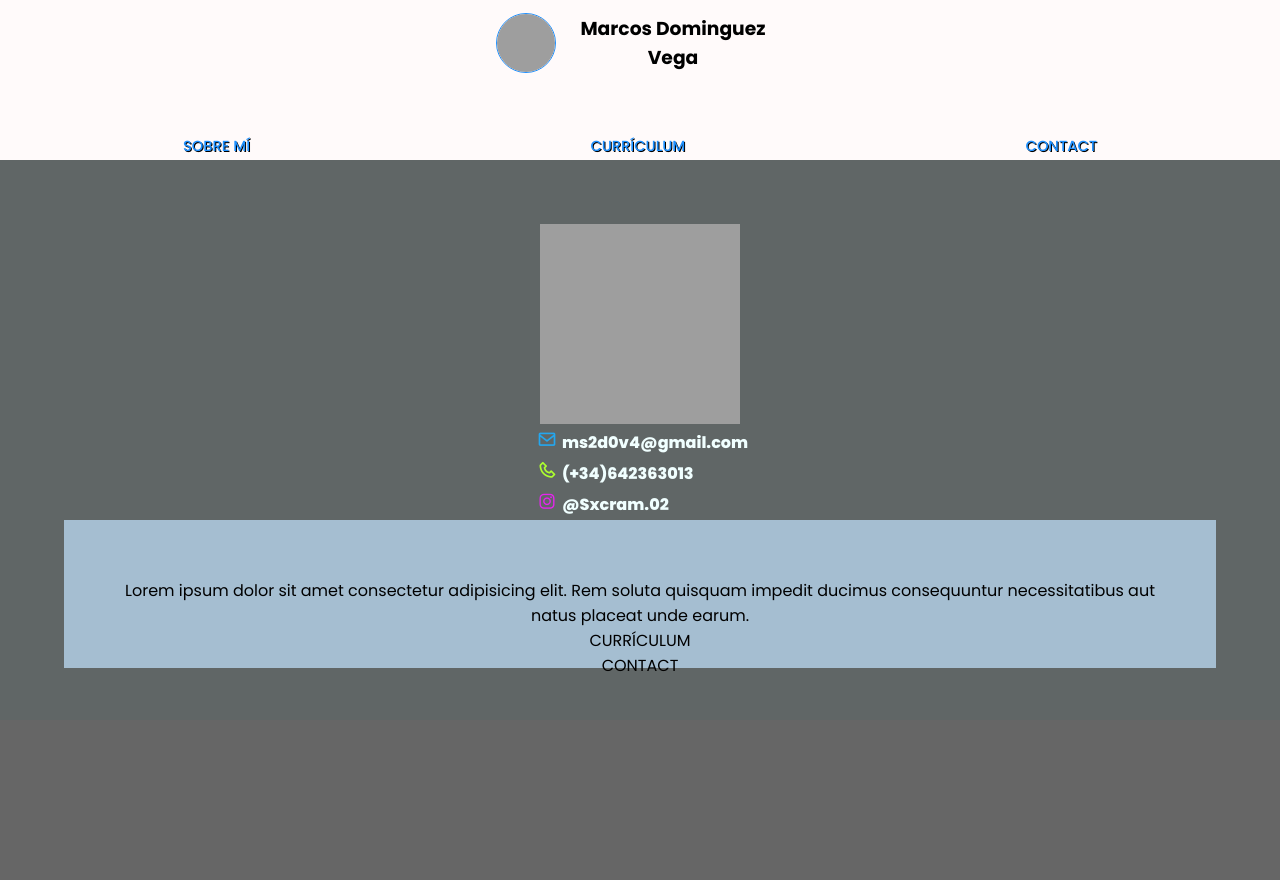
Repository: Sxcram02/Portfoliov.2
Page: index.html
These files come from the project's save history. The page is drawn as it stood at one moment and after a run of saves; the edit follows.
The browser window is 1280 px wide. The pictures show the whole page.
Pictures or frames that could not be fetched are drawn as grey boxes.

Above is the page before, as saved 2023-04-11 00:30:32.

After the next 2 saves:
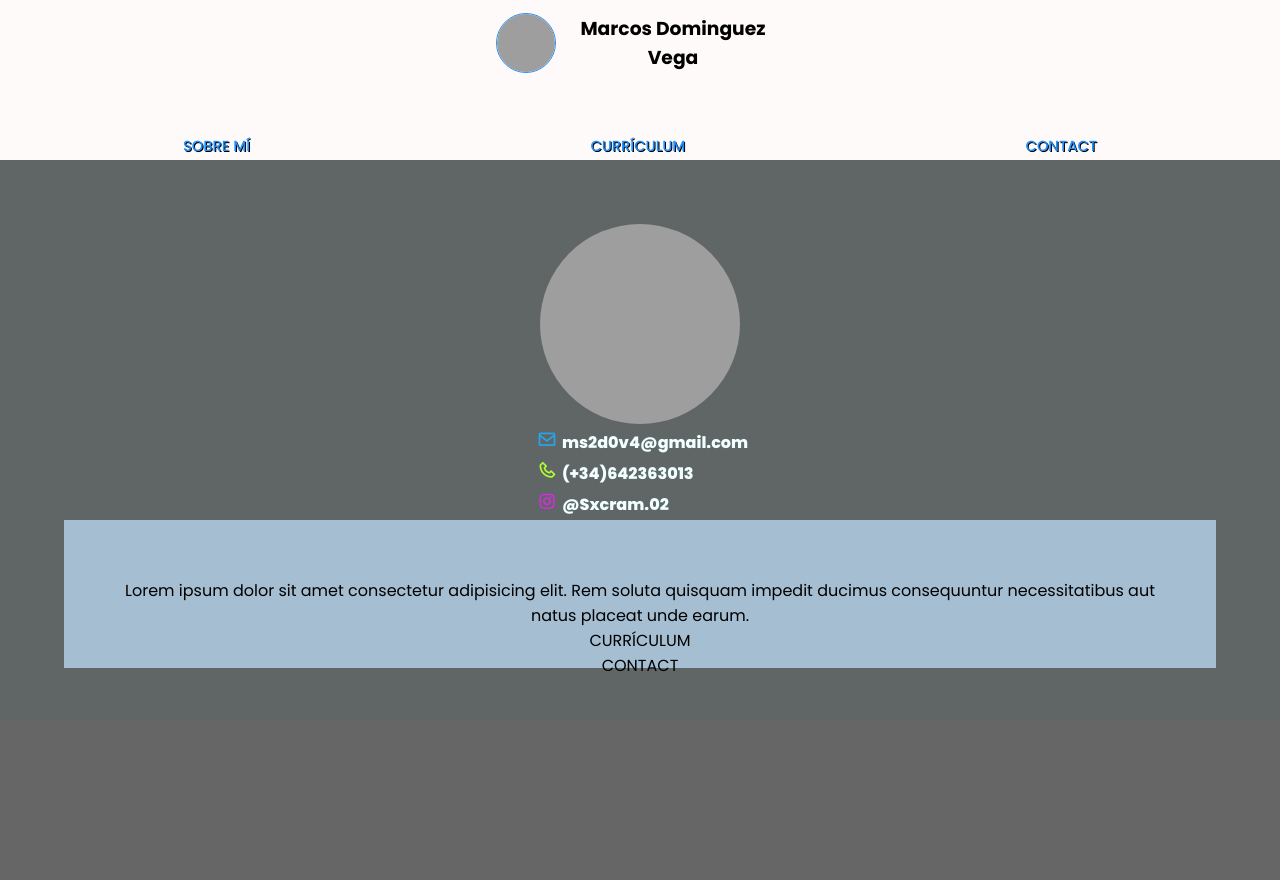
The 2 saves are shown as one change because they came seconds apart.
The last was saved 8 s later.
--- a/css/style.css
+++ b/css/style.css
@@ -102,7 +102,7 @@ i {
 }
 
 .box-image > img {
-
+    border-radius: 100%;
 }
 
 .info {
